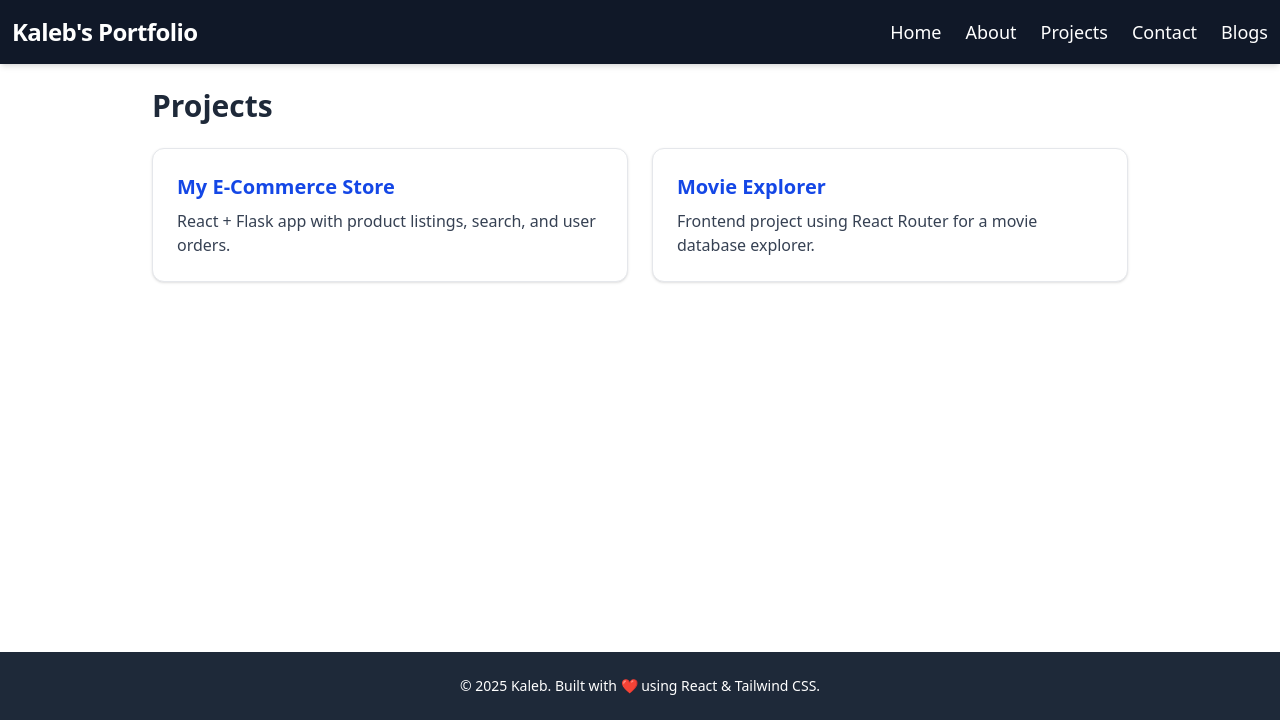
Repository: KalebMalone/portfolio-site
Page: /projects
These files come from the project's save history. The page is drawn as it stood at one moment and after the next save; the edit follows.
The browser window is 1280 px wide. The pictures show the whole page.
The project was rebuilt for these pictures with package versions that can differ from the ones it lists, and the page was loaded fresh each time. Also part of the build but not shown: vite.config.js, src/pages/Home.jsx, src/pages/About.jsx, src/pages/Contact.jsx, src/pages/Blogs.jsx.

Above is the page before, as saved 2025-04-23 17:37:54.

### src/App.jsx
import { BrowserRouter as Router, Routes, Route } from 'react-router-dom';
import Header from './components/Header';
import Footer from './components/Footer';

import Home from './pages/Home';
import About from './pages/About';
import Projects from './pages/Projects';
import Contact from './pages/Contact';
import Blogs from './pages/Blogs'; // Import Blogs page

function App() {
  return (
    <Router>
      <div className="flex flex-col min-h-screen">
        <Header />

        <main className="flex-grow">
          <Routes>
            <Route path="/" element={<Home />} />
            <Route path="/about" element={<About />} />
            <Route path="/projects" element={<Projects />} />
            <Route path="/contact" element={<Contact />} />
            <Route path="/blogs" element={<Blogs />} /> {/* Add route for Blogs */}
          </Routes>
        </main>

        <Footer />
      </div>
    </Router>
  );
}

export default App;

### src/index.css
@import 'tailwindcss';  /* Or use the Tailwind directives below */

/* Or alternatively, use these Tailwind directives directly in your CSS */
@tailwind base;
@tailwind components;
@tailwind utilities;

### src/components/Header.jsx
import { Link } from 'react-router-dom';

const Header = () => {
    return (
        <header className="bg-gray-900 text-white shadow-md py-4">
            <nav className="max-w-9xl mx-auto flex justify-between items-center px-3">
                {/* Logo/Brand Name (Left-aligned) */}
                <h1 className="text-2xl font-bold tracking-tight">Kaleb's Portfolio</h1>

                {/* Navigation Links (Right-aligned) */}
                <ul className="flex space-x-6 text-lg"> {/* Reduced space between items */}
                    {['Home', 'About', 'Projects', 'Contact', 'Blogs'].map((page) => ( // Add Blogs here
                        <li key={page}>
                            <Link
                                to={`/${page.toLowerCase() === 'home' ? '' : page.toLowerCase()}`}
                                className="hover:text-blue-400 transition-colors duration-200"
                            >
                                {page}
                            </Link>
                        </li>
                    ))}
                </ul>
            </nav>
        </header>
    );
};

export default Header;

### src/components/Footer.jsx
const Footer = () => {
    return (
        <footer className="bg-gray-800 text-white text-center py-6 mt-10">
            <p className="text-sm">© {new Date().getFullYear()} Kaleb. Built with ❤️ using React & Tailwind CSS.</p>
        </footer>
    );
};

export default Footer;

### src/pages/Projects.jsx
const Projects = () => {
    const projects = [
        {
            title: "My E-Commerce Store",
            description: "React + Flask app with product listings, search, and user orders.",
        },
        {
            title: "Movie Explorer",
            description: "Frontend project using React Router for a movie database explorer.",
        },
    ];

    return (
        <section className="p-6 max-w-5xl mx-auto">
            <h2 className="text-3xl font-bold mb-6 text-gray-800">Projects</h2>
            <div className="grid gap-6 md:grid-cols-2">
                {projects.map((proj, i) => (
                    <div
                        key={i}
                        className="bg-white rounded-xl shadow hover:shadow-xl transition-shadow p-6 border border-gray-200"
                    >
                        <h3 className="text-xl font-semibold text-blue-700 mb-2">{proj.title}</h3>
                        <p className="text-gray-700">{proj.description}</p>
                    </div>
                ))}
            </div>
        </section>
    );
};

export default Projects;

Loaded but not shown: index.html (common file); src/main.jsx (common file)

After the next save:
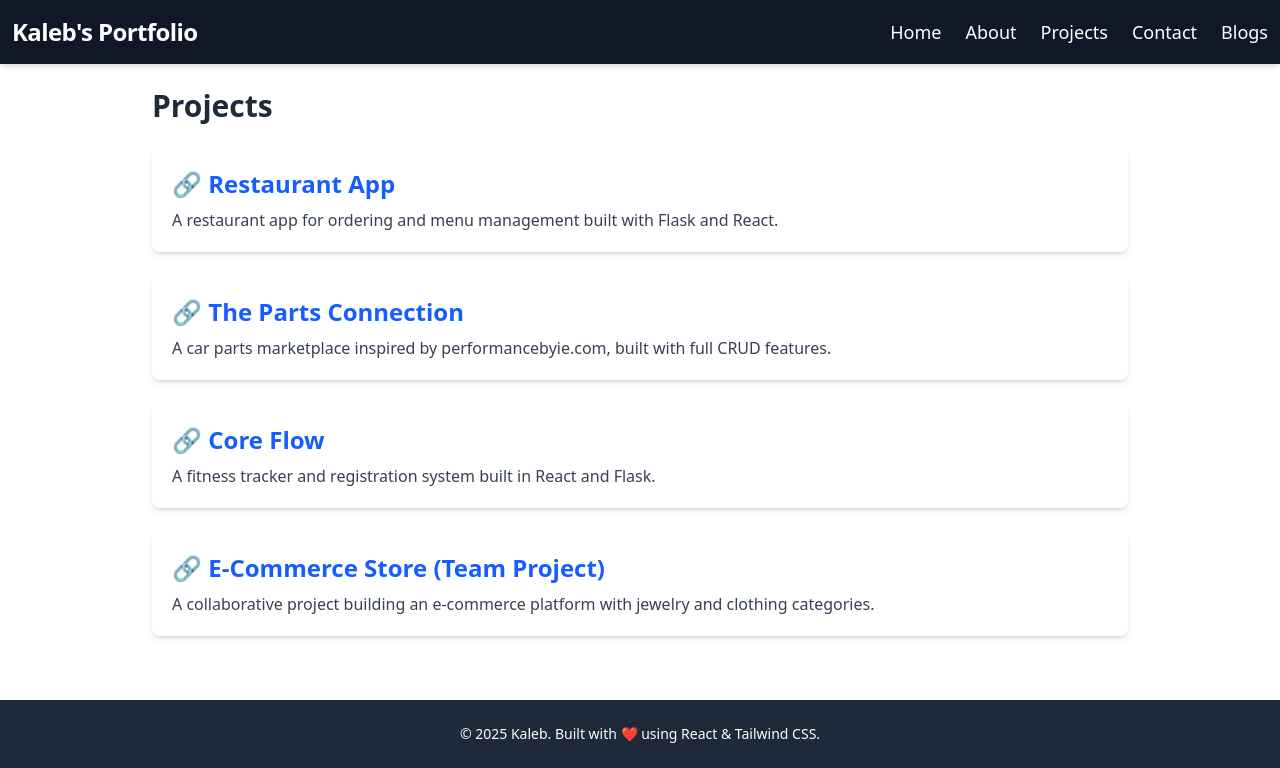
Saved 105 s later.
--- a/src/pages/Projects.jsx
+++ b/src/pages/Projects.jsx
@@ -1,26 +1,44 @@
+import React from 'react';
+
 const Projects = () => {
-    const projects = [
+    const projectList = [
         {
-            title: "My E-Commerce Store",
-            description: "React + Flask app with product listings, search, and user orders.",
+            name: 'Restaurant App',
+            link: 'https://github.com/KalebMalone/Resturant',
+            description: 'A restaurant app for ordering and menu management built with Flask and React.'
         },
         {
-            title: "Movie Explorer",
-            description: "Frontend project using React Router for a movie database explorer.",
+            name: 'The Parts Connection',
+            link: 'https://github.com/KalebMalone/The-parts-connection',
+            description: 'A car parts marketplace inspired by performancebyie.com, built with full CRUD features.'
+        },
+        {
+            name: 'Core Flow',
+            link: 'https://github.com/KalebMalone/Core-Flow',
+            description: 'A fitness tracker and registration system built in React and Flask.'
+        },
+        {
+            name: 'E-Commerce Store (Team Project)',
+            link: 'https://github.com/CaseyRayson1995/eCommerce-project',
+            description: 'A collaborative project building an e-commerce platform with jewelry and clothing categories.'
         },
     ];
 
     return (
         <section className="p-6 max-w-5xl mx-auto">
             <h2 className="text-3xl font-bold mb-6 text-gray-800">Projects</h2>
-            <div className="grid gap-6 md:grid-cols-2">
-                {projects.map((proj, i) => (
-                    <div
-                        key={i}
-                        className="bg-white rounded-xl shadow hover:shadow-xl transition-shadow p-6 border border-gray-200"
-                    >
-                        <h3 className="text-xl font-semibold text-blue-700 mb-2">{proj.title}</h3>
-                        <p className="text-gray-700">{proj.description}</p>
+            <div className="space-y-6">
+                {projectList.map((project, index) => (
+                    <div key={index} className="bg-white p-5 rounded-lg shadow-md hover:shadow-lg transition-shadow">
+                        <a
+                            href={project.link}
+                            target="_blank"
+                            rel="noopener noreferrer"
+                            className="text-2xl font-semibold text-blue-600 hover:text-blue-800"
+                        >
+                            🔗 {project.name}
+                        </a>
+                        <p className="mt-2 text-gray-700">{project.description}</p>
                     </div>
                 ))}
             </div>
